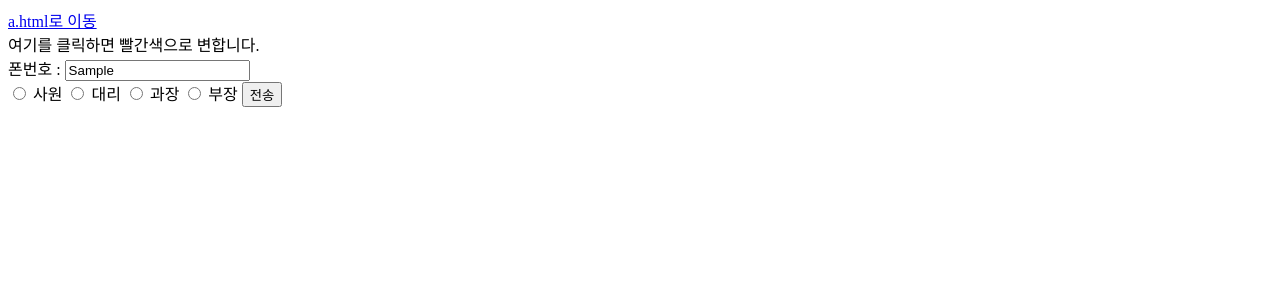
Repository: zmfhd1/Web
Page: jstest/WebContent/event2.html
These files come from the project's save history. The page is drawn as it stood at one moment and after the next save; the edit follows.
The browser window is 1280 px wide. The pictures show the whole page.
Empty fields were first filled with sample values (such as "Sample", 5 or name@example.com).
After loading, the first visible `input` was changed once.

Above is the page before, as saved 2021-08-25 01:05:46.

### jstest/WebContent/event2.html
<!DOCTYPE html>
<html>
<head>
<meta charset="UTF-8">
<title>Insert title here</title>
<script>
window.onload =function(){
	var div_test = document.getElementById("test");
	div_test.onclick = function() {
		this.style.color = "red";
	}
	div_test.onmouseover = function(){
		this.style.color = "green";
	}
	div_test.onmouseout = function(){
		this.style.color = "blue";
	}

	var phone = document.querySelector("input[type=text]");
	phone.onkeyup = function(e){
		if(e.keycode >= 48 && e.keycode <= 57){
			document.getElementById("result")
		}
	}
}
</script>


</head>
<body>

<div><a href = "a.html">a.html로 이동</a></div>
<div id = "test">여기를 클릭하면 빨간색으로 변합니다.</div>

<form action = "b.jsp">
폰번호 : <input type = text name = "phone"><br>
<div id = result></div>
<input type = radio name = "title" value = "사원"> 사원
<input type = radio name = "title" value = "대리"> 대리
<input type = radio name = "title" value = "과장"> 과장
<input type = radio name = "title" value = "부장"> 부장
<input type = submit value = "전송">

</form>
</body>
</html>

After the next save:
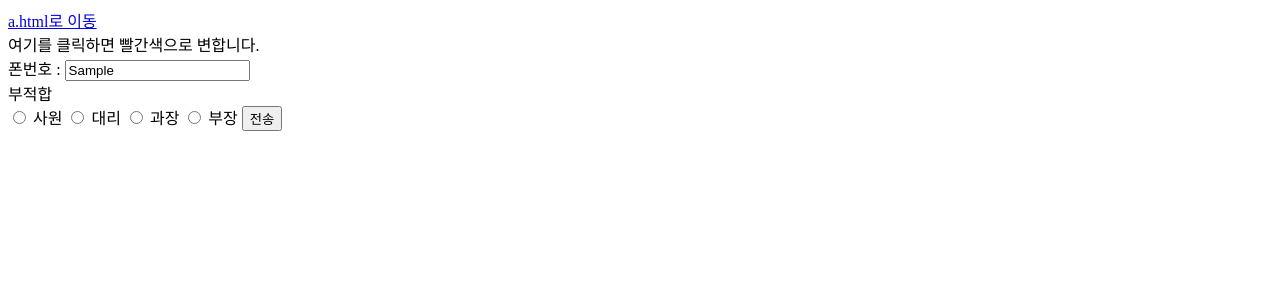
Saved 96 s later.
--- a/jstest/WebContent/event2.html
+++ b/jstest/WebContent/event2.html
@@ -19,7 +19,10 @@ window.onload =function(){
 	var phone = document.querySelector("input[type=text]");
 	phone.onkeyup = function(e){
 		if(e.keycode >= 48 && e.keycode <= 57){
-			document.getElementById("result")
+			document.getElementById("result").innerHTML = "적합";
+		}
+		else{
+			document.getElementById("result").innerHTML = "부적합";
 		}
 	}
 }
